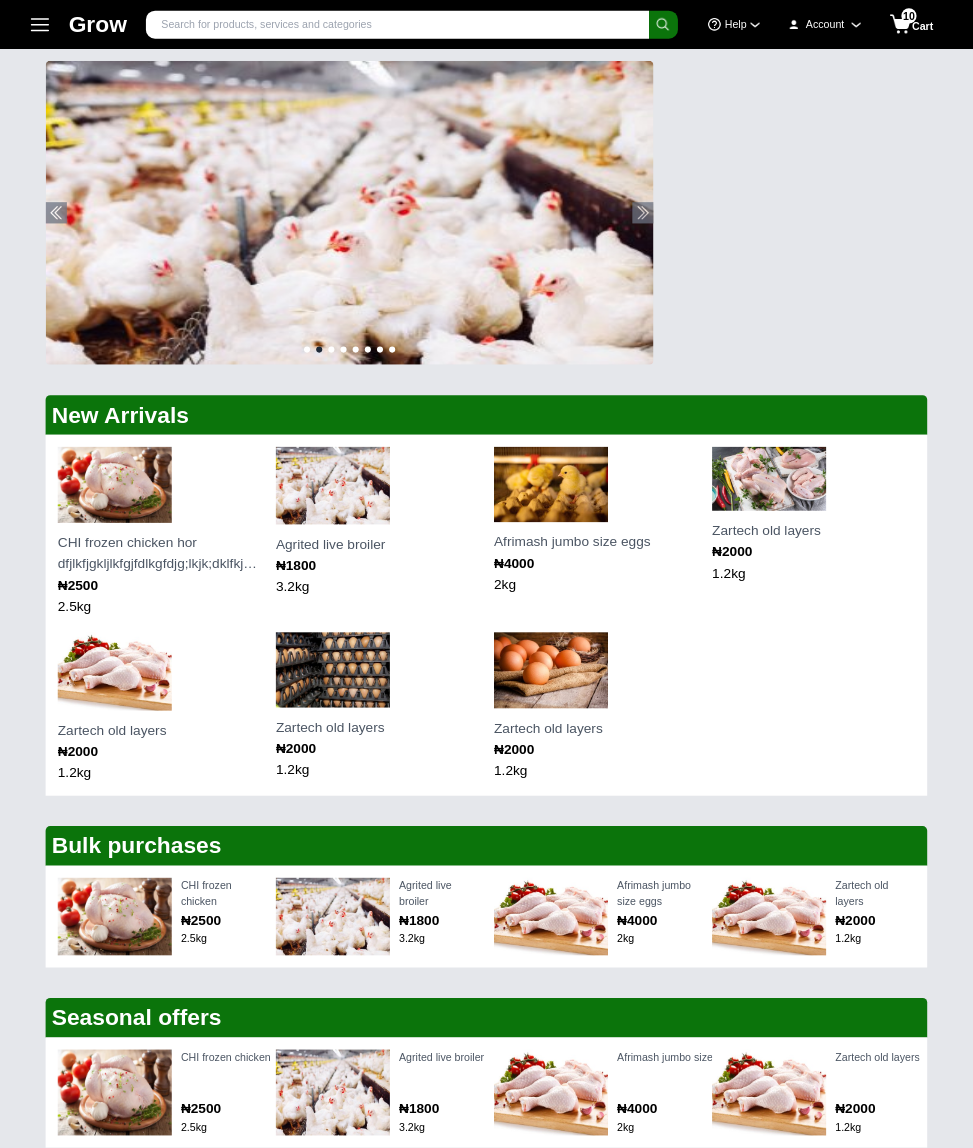
Repository: IssaMuiz/ifarmstock
Page: /
An editor plug-in stored every save of this project. The page is shown before and after the next save, followed by the edit.
The browser window is 1280 px wide. The pictures show the whole page, at 76% of full size.
The project was rebuilt for these pictures with package versions that can differ from the ones it lists, and the page was loaded fresh each time. The framework's server and built-in components were replaced by stand-ins that run in the browser. Also part of the build but not shown: next.config.mjs.

Above is the page before, as saved 2024-08-31 06:35:34.

### app/layout.tsx
import "@/styles/globals.css";

export const metadata = {
  title: "Grow",
  description: "Livestock farming e-commerce application",
};

export default function RootLayout({
  children,
}: {
  children: React.ReactNode;
}) {
  return (
    <html lang="en">
      <body className="bg-gray-200 h-screen w-auto mx-10">
        <section>{children}</section>
      </body>
    </html>
  );
}

### app/page.tsx
"use client";

import ProductSlider from "@/components/productSlider";
import ClientLayout from "@/components/clientLayout";
import NewArrivalsCards from "@/components/newArrivalsCards";
import BulkPurchasesCards from "@/components/bulkPurchasesCards";
import SeasonalCards from "@/components/seasonalCards";

const Home = () => {
  return (
    <ClientLayout>
      <div className="pt-20 mx-5">
        <div>
          <ProductSlider />

          <div className="bgColor text w-full h-auto mt-10 text-3xl p-2 rounded-t-md font-semibold">
            New Arrivals
          </div>
          <NewArrivalsCards />
          <div className="bgColor text w-full h-auto mt-10 text-3xl p-2 rounded-t-md font-semibold">
            Bulk purchases
          </div>
          <BulkPurchasesCards />
          <div className="bgColor text w-full h-auto mt-10 text-3xl p-2 rounded-t-md font-semibold">
            Seasonal offers
          </div>
          <SeasonalCards />
        </div>
      </div>
    </ClientLayout>
  );
};

export default Home;

### styles/globals.css
@tailwind base;
@tailwind components;
@tailwind utilities;

.scrollbar {
  scrollbar-width: thin;
  scrollbar-color: gray #313131;
}

.bgColor {
  background-color: rgb(11, 116, 11);
}

.text {
  color: white;
}

body {
  font-family: Arial, Helvetica, sans-serif;
  font-size: 14px;
}

### components/productSlider.tsx
"use client";
import Image from "next/image";
import { useEffect, useState } from "react";

const ProductSlider = () => {
  const images = [
    "/assets/images/poultry-image1-slider.jpg",
    "/assets/images/poultry-image2-slider.jpg",
    "/assets/images/poultry-image3-slider.jpg",
    "/assets/images/poultry-image4-slider.jpg",
    "/assets/images/poultry-image5-slider.jpg",
    "/assets/images/poultry-image6-slider.jpg",
    "/assets/images/poultry-image7-slider.jpg",
    "/assets/images/catfish-image1-slider.jpg",
  ];

  const [index, setIndex] = useState(0);

  const handleSliceNext = () => {
    setIndex((index + 1) % images.length);
  };
  const handleSlicePrev = () => {
    setIndex((index - 1) % images.length);
  };

  const handleIndicatorClick = (i: number) => {
    setIndex(i);
  };

  useEffect(() => {
    const intervalId = setInterval(() => {
      handleSliceNext();
    }, 5000);
    return () => clearInterval(intervalId);
  }, [index]);
  return (
    <div className="relative w-[800px] overflow-hidden">
      <div
        className="flex transition-transform duration-500 ease-in-out"
        style={{ transform: `translateX(-${index * 100}%)` }}
      >
        {images.map((image, i) => (
          <div key={i} className="min-w-full">
            <Image
              className="h-[400px] rounded-md"
              src={image}
              alt={`Slide ${i + 1}`}
              width={800}
              height={200}
            />
          </div>
        ))}
      </div>
      <button
        type="button"
        onClick={handleSlicePrev}
        className="absolute left-0 top-1/2 tranform -translate-y-1/2 bg-gray-500 text-white px-1 py-1 opacity-75 hover:opacity-100 transition-opacity"
      >
        <Image
          className=""
          src="/assets/icons/arrow-left.png"
          alt="arrow-right-icon"
          width={20}
          height={20}
        />
      </button>
      <button
        type="button"
        onClick={handleSliceNext}
        className="absolute right-0 top-1/2 tranform -translate-y-1/2 bg-gray-500 text-white px-1 py-1 opacity-75 hover:opacity-100 transition-opacity"
      >
        <Image
          className=""
          src="/assets/icons/right-arrow.png"
          alt="arrow-right-icon"
          width={20}
          height={20}
        />
      </button>
      <div className="absolute bottom-4 left-0 right-0 flex justify-center space-x-2">
        {images.map((_, i) => (
          <button
            key={i}
            onClick={() => handleIndicatorClick(i)}
            className={`w-2 h-2 rounded-full ${
              index === i ? "bg-gray-800" : "bg-white"
            }`}
          />
        ))}
      </div>
    </div>
  );
};

export default ProductSlider;

### components/clientLayout.tsx
"use client";
import Navbar from "@/components/navbar";
import Sidenav from "@/components/sidenav";
import { useState, createContext } from "react";

export const SidebarContext = createContext({
  isOpen: false,
  toggleSidebar: () => {},
});

const ClientLayout = ({ children }: { children: React.ReactNode }) => {
  const [isOpen, setIsOpen] = useState(false);

  const toggleSidebar = () => {
    setIsOpen((prev) => !prev);
  };
  return (
    <SidebarContext.Provider value={{ isOpen, toggleSidebar }}>
      <Navbar />
      <Sidenav />
      <div
        className={`fixed inset-0 bg-black transition-opacity duration-300 ease-in-out z-10 ${
          isOpen
            ? "opacity-70 pointer-events-auto"
            : "opacity-0 pointer-events-none"
        }`}
        onClick={toggleSidebar}
      ></div>
      <section
        className={`relative z-0 transition-all duration-300 ease-in-out `}
      >
        {children}
      </section>
    </SidebarContext.Provider>
  );
};

export default ClientLayout;

### components/newArrivalsCards.tsx
import Image from "next/image";
import newArrivalsCards from "../models/newArrivalsCards.json";
const NewArrivalsCards = () => {
  return (
    <div className="bg-white h-auto p-4">
      <div className="grid grid-cols-4 gap-5">
        {newArrivalsCards.map((product, index) => (
          <div key={index} className="flex flex-col gap-3">
            <Image src={product.image} alt="poultry" width={150} height={150} />
            <div className="text-lg overflow-hidden">
              <p className="text-gray-600 line-clamp-2">{product.name}</p>
              <p className="font-semibold text-lg">&#8358;{product.Price}</p>
              <p>{product.weight}</p>
            </div>
          </div>
        ))}
      </div>
    </div>
  );
};

export default NewArrivalsCards;

### components/bulkPurchasesCards.tsx
import Image from "next/image";
import bulkPurchasesCards from "@/models/bulkPurchasesCards.json";
const BulkPurchasesCard = () => {
  return (
    <div className="bg-white h-auto p-4">
      <div className="grid grid-cols-4 gap-5">
        {bulkPurchasesCards.map((product, index) => (
          <div key={index} className="flex gap-3">
            <Image src={product.image} alt="poultry" width={150} height={150} />
            <div className="text-md">
              <p content="" className="text-gray-600">
                {product.name}
              </p>
              <p className="font-semibold text-lg">&#8358;{product.Price}</p>
              <p>{product.weight}</p>
            </div>
          </div>
        ))}
      </div>
    </div>
  );
};

export default BulkPurchasesCard;

### components/seasonalCards.tsx
import Image from "next/image";
import seasonalCards from "@/models/seasonalCards.json";
const SeasonalCards = () => {
  return (
    <div className="bg-white h-auto p-4">
      <div className="grid grid-cols-4 gap-5">
        {seasonalCards.map((product, index) => (
          <div key={index} className="flex gap-3">
            <Image src={product.image} alt="poultry" width={150} height={150} />
            <div className="text-md">
              <p content="" className="text-gray-600 h-16 truncate">
                {product.name}
              </p>
              <p className="font-semibold text-lg">&#8358;{product.Price}</p>
              <p>{product.weight}</p>
            </div>
          </div>
        ))}
      </div>
    </div>
  );
};

export default SeasonalCards;

### components/navbar.tsx
"use client";
import Image from "next/image";
import { useContext } from "react";
import { SidebarContext } from "./clientLayout";
const Navbar = () => {
  const { toggleSidebar } = useContext(SidebarContext);
  return (
    <nav className="fixed bg-black text w-full h-16 flex items-center justify-between top-0 left-0 right-0 px-10 z-10">
      <button onClick={toggleSidebar}>
        <svg
          className="fill-white hover:fill-[green] cursor-pointer"
          xmlns="http://www.w3.org/2000/svg"
          viewBox="0 0 50 50"
          width="25px"
          height="25px"
        >
          <path d="M 3 8 A 2.0002 2.0002 0 1 0 3 12 L 47 12 A 2.0002 2.0002 0 1 0 47 8 L 3 8 z M 3 23 A 2.0002 2.0002 0 1 0 3 27 L 47 27 A 2.0002 2.0002 0 1 0 47 23 L 3 23 z M 3 38 A 2.0002 2.0002 0 1 0 3 42 L 47 42 A 2.0002 2.0002 0 1 0 47 38 L 3 38 z" />
        </svg>
      </button>
      <div className="Leftnav text text-3xl font-semibold cursor-pointer ml-5">
        Grow
      </div>
      <div className="Middlenav flex flex-1 mx-5 max-w-[700px] items-center">
        <input
          className=" px-5 py-2 w-full rounded-l-xl text-black outline-none"
          type="text"
          placeholder="Search for products, services and categories"
        />
        <div className="h-[37px] w-10 bgColor pt-2 pl-2 rounded-r-xl cursor-pointer">
          <Image
            className=""
            src="/assets/icons/search.png"
            alt="search-icon"
            width={20}
            height={20}
          />
        </div>
      </div>
      <div className="Rightnav flex items-center justify-between gap-3">
        <div className="flex items-center gap-1 cursor-pointer rounded-md p-3 hover:bg-[green]">
          <Image
            src="/assets/icons/help.png"
            alt="help-icon"
            width={20}
            height={20}
          />
          <p className="">Help</p>
          <Image
            src="/assets/icons/arrow-down.png"
            alt="help-icon"
            width={15}
            height={15}
          />
        </div>
        <div className="flex items-center gap-2  cursor-pointer rounded-md p-3 hover:bg-[green]">
          <Image
            src="/assets/icons/account.png"
            alt="help-icon"
            width={15}
            height={15}
          />
          <p>Account</p>
          <Image
            src="/assets/icons/arrow-down.png"
            alt="help-icon"
            width={15}
            height={15}
          />
        </div>
        <div className="flex relative cursor-pointer p-3 hover:bg-[green] rounded-md">
          <Image
            src="/assets/icons/cart.png"
            alt="cart-icon"
            width={30}
            height={20}
          />
          <p className="bg-white h-5 w-5 rounded-full text-black absolute left-7 bottom-7 text-center font-semibold">
            10
          </p>
          <p className="font-semibold mt-2 ">Cart</p>
        </div>
      </div>
    </nav>
  );
};

export default Navbar;

### components/sidenav.tsx
"use client";
import Image from "next/image";
import Link from "next/link";
import { useState } from "react";
import { useContext } from "react";
import { SidebarContext } from "./clientLayout";
const Sidenav = () => {
  const [categories, setCategories] = useState([
    {
      id: "1",
      name: "Broiler",
      expanded: false,
      arrowIcon: "/assets/icons/arrow-icon--right.png",
      dropdownlink: [
        { name: "Day Old Chicks", link: "/" },
        { name: "Matured Broilers", link: "/" },
        { name: "Frozen Chicken", link: "/" },
      ],
    },
    {
      id: "2",
      name: "Layers",
      expanded: false,
      arrowIcon: "/assets/icons/arrow-icon--right.png",
      dropdownlink: [
        { name: "Pullet", link: "/" },
        { name: "Point Of Lay", link: "/" },
        { name: "Old Layers", link: "/" },
      ],
    },
    {
      id: "3",
      name: "Catfish",
      expanded: false,

      arrowIcon: "/assets/icons/arrow-icon--right.png",
      dropdownlink: [
        { name: "Fingerlings/Juvenile", link: "/" },
        { name: "Matured Catfish", link: "/" },
        { name: "Smoked Catfish", link: "/" },
      ],
    },
    {
      id: "4",
      name: "Poultry-Eggs",
      expanded: false,

      arrowIcon: "/assets/icons/arrow-icon--right.png",
      dropdownlink: [
        { name: "Jumbo-size", link: "/" },
        { name: "Small-size", link: "/" },
        { name: "packaged-eggs", link: "/" },
      ],
    },
  ]);

  const handleDropdown = (id: string) => {
    setCategories((prev) =>
      prev.map((category) =>
        category.id === id
          ? { ...category, expanded: !category.expanded }
          : category
      )
    );
  };

  const { isOpen } = useContext(SidebarContext);
  return (
    <nav
      className={`fixed overflow-x-hidden scrollbar h-screen overflow-scroll z-20 left-0 top-0 bottom-0 w-[300px] transform transition-transform duration-300  bg-gray-100 ${
        isOpen ? "translate-x-0" : "-translate-x-full"
      }`}
    >
      <div className="bgColor h-14 flex items-center text text-2xl pl-5 font-semibold gap-3">
        <Image
          src="/assets/icons/account.png"
          alt="profile-icon"
          height={25}
          width={25}
        />
        <p>Hello User</p>
      </div>
      <div className=" ">
        {categories.map((category) => (
          <div onClick={() => handleDropdown(category.id)} key={category.id}>
            <div className="text-lg flex justify-between items-center font-semibold hover:bg-gray-300 mt-5 p-2 cursor-pointer">
              <div>{category.name}</div>

              <Image
                className={`${
                  category.expanded &&
                  "rotate-90 duration-300 transition-transform"
                } h-4 w-4`}
                src={category.arrowIcon}
                alt="arrow-icon"
                width={3}
                height={3}
              />
            </div>

            <div>
              {category.expanded && (
                <div>
                  {category.dropdownlink.map((dropdown, index) => (
                    <div className="hover:bg-gray-300" key={index}>
                      <Link href={dropdown.link}>
                        <div className="p-3 text-md ">{dropdown.name}</div>
                      </Link>
                    </div>
                  ))}
                </div>
              )}
            </div>
          </div>
        ))}
      </div>
    </nav>
  );
};

export default Sidenav;

### models/newArrivalsCards.json
[
  {
    "image": "/assets/images/poultry-image1-slider.jpg",
    "name": "CHI frozen chicken hor dfjlkfjgkljlkfgjfdlkgfdjg;lkjk;dklfkjgk;ldfjkg;kld what it i djkdkjkdjkljfkedjfkljdsklfjkldsjflkjdjfldjlfjldjfldjfldjfldjfldsjfljdlkfkjkldjflkjwhaht is that you want that i cnat give you just wnat to thrt your self but wi wont look that sied so you can lenarn your leassin in the hard wat you wnat do me l",
    "Price": "2500",
    "weight": "2.5kg"
  },
  {
    "image": "/assets/images/poultry-image2-slider.jpg",
    "name": "Agrited live broiler",
    "Price": "1800",
    "weight": "3.2kg"
  },
  {
    "image": "/assets/images/poultry-image3-slider.jpg",
    "name": "Afrimash jumbo size eggs",
    "Price": "4000",
    "weight": "2kg"
  },
  {
    "image": "/assets/images/poultry-image4-slider.jpg",
    "name": "Zartech old layers",
    "Price": "2000",
    "weight": "1.2kg"
  },
  {
    "image": "/assets/images/poultry-image5-slider.jpg",
    "name": "Zartech old layers",
    "Price": "2000",
    "weight": "1.2kg"
  },
  {
    "image": "/assets/images/poultry-image7-slider.jpg",
    "name": "Zartech old layers",
    "Price": "2000",
    "weight": "1.2kg"
  },
  {
    "image": "/assets/images/poultry-image6-slider.jpg",
    "name": "Zartech old layers",
    "Price": "2000",
    "weight": "1.2kg"
  }
]

### models/bulkPurchasesCards.json
[
  {
    "image": "/assets/images/poultry-image1-slider.jpg",
    "name": "CHI frozen chicken",
    "Price": "2500",
    "weight": "2.5kg"
  },
  {
    "image": "/assets/images/poultry-image2-slider.jpg",
    "name": "Agrited live broiler",
    "Price": "1800",
    "weight": "3.2kg"
  },
  {
    "image": "/assets/images/poultry-image5-slider.jpg",
    "name": "Afrimash jumbo size eggs",
    "Price": "4000",
    "weight": "2kg"
  },
  {
    "image": "/assets/images/poultry-image5-slider.jpg",
    "name": "Zartech old layers",
    "Price": "2000",
    "weight": "1.2kg"
  }
]

### models/seasonalCards.json
[
  {
    "image": "/assets/images/poultry-image1-slider.jpg",
    "name": "CHI frozen chicken",
    "Price": "2500",
    "weight": "2.5kg"
  },
  {
    "image": "/assets/images/poultry-image2-slider.jpg",
    "name": "Agrited live broiler",
    "Price": "1800",
    "weight": "3.2kg"
  },
  {
    "image": "/assets/images/poultry-image5-slider.jpg",
    "name": "Afrimash jumbo size eggs",
    "Price": "4000",
    "weight": "2kg"
  },
  {
    "image": "/assets/images/poultry-image5-slider.jpg",
    "name": "Zartech old layers",
    "Price": "2000",
    "weight": "1.2kg"
  }
]

Loaded but not shown: tailwind.config.ts (common file)

After the next save:
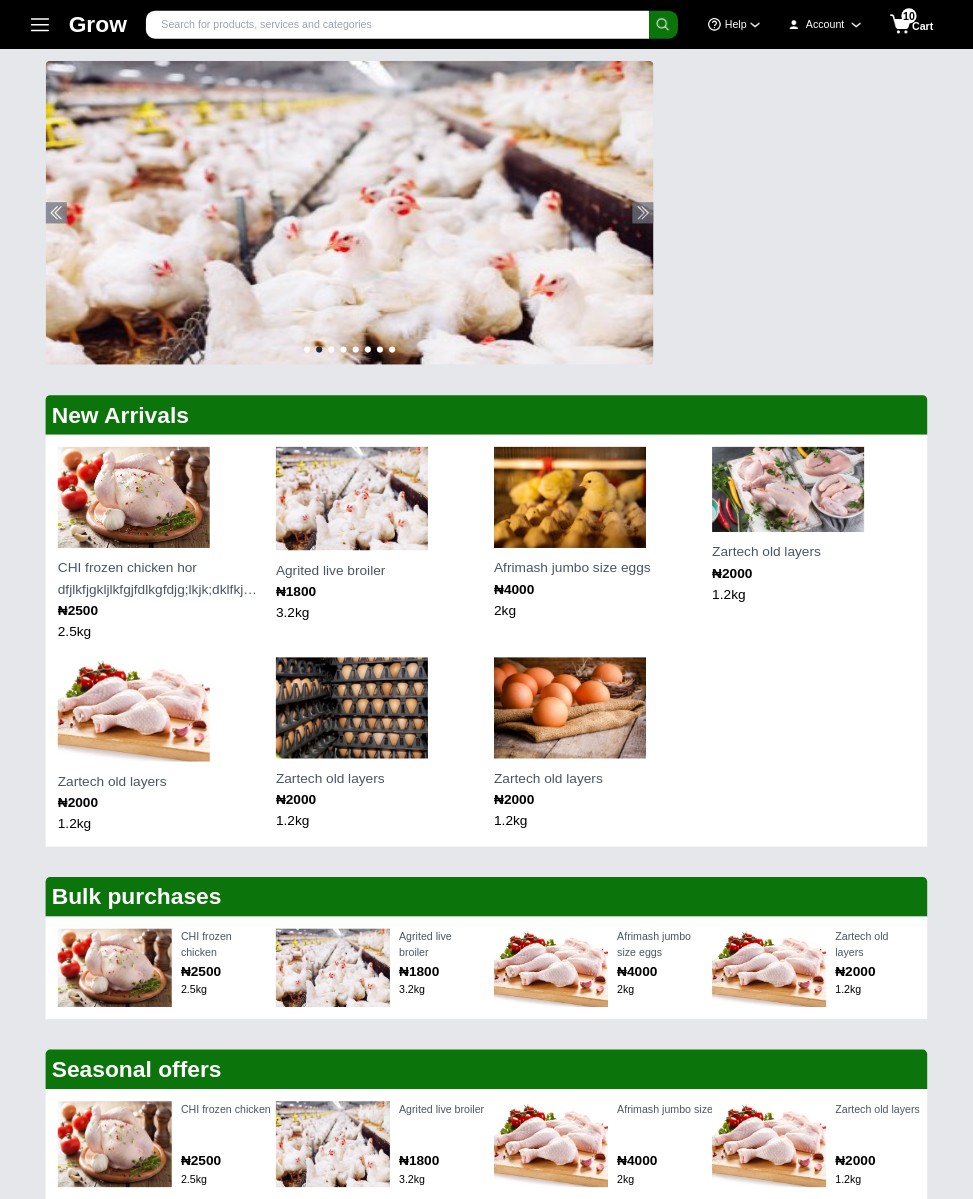
Saved 71 s later.
--- a/components/newArrivalsCards.tsx
+++ b/components/newArrivalsCards.tsx
@@ -6,7 +6,7 @@ const NewArrivalsCards = () => {
       <div className="grid grid-cols-4 gap-5">
         {newArrivalsCards.map((product, index) => (
           <div key={index} className="flex flex-col gap-3">
-            <Image src={product.image} alt="poultry" width={150} height={150} />
+            <Image src={product.image} alt="poultry" width={200} height={150} />
             <div className="text-lg overflow-hidden">
               <p className="text-gray-600 line-clamp-2">{product.name}</p>
               <p className="font-semibold text-lg">&#8358;{product.Price}</p>
